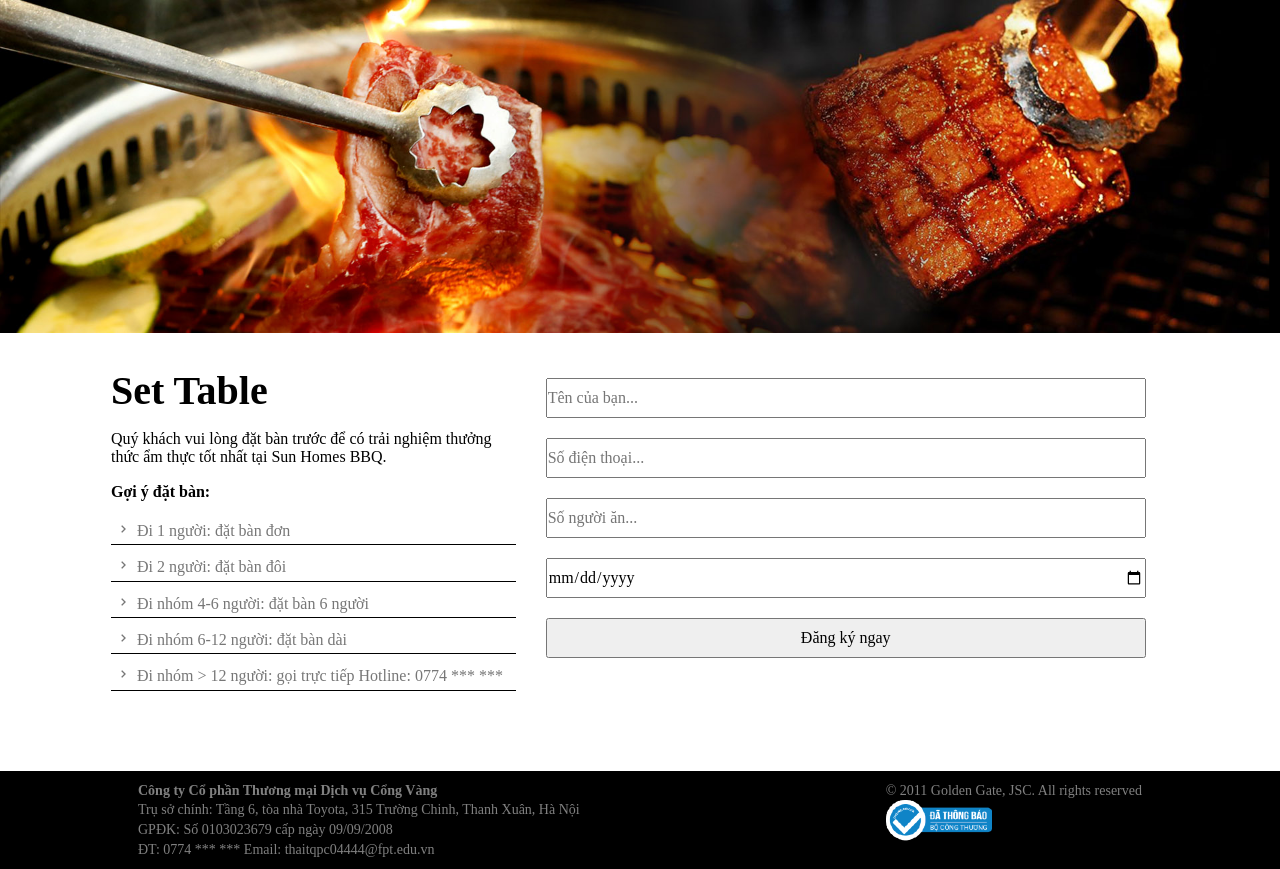
Repository: QUANGTHAI2003/sunhomesbbq
Page: DatBan.html
The author's editor kept a copy of each file at every save. The page is drawn from the files as they stood at one save, then again after the next save.
The browser window is 1280 px wide. The pictures show the whole page.
Some web fonts or font styles are not loaded; a fallback is used.

Above is the page before, as saved 2022-02-13 13:03:23.

After the next save:
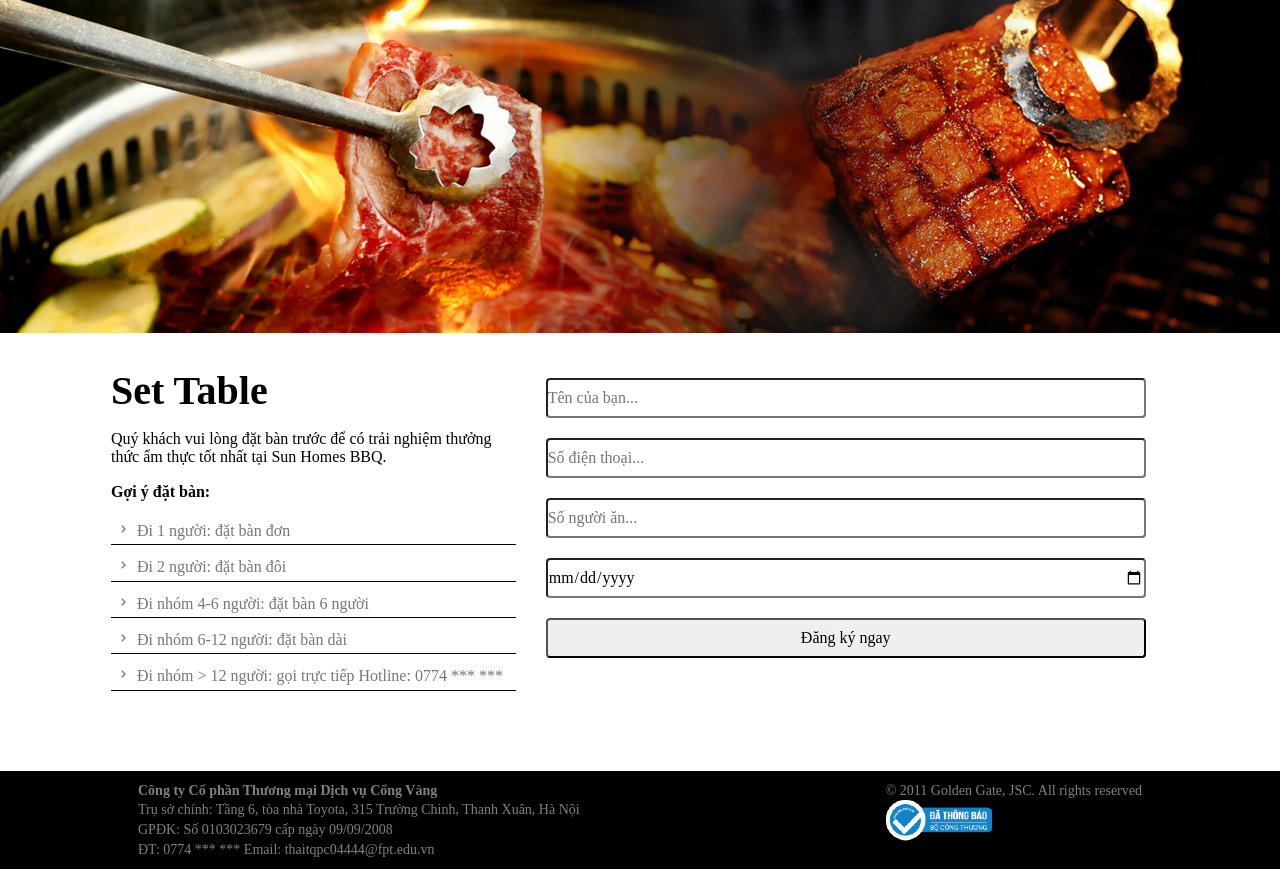
Saved 19 s later.
--- a/style.css
+++ b/style.css
@@ -618,4 +618,5 @@
     width: 600px;
     height: 40px;
     margin: 10px 0;
-}
+    border-radius: 4px;
+}
